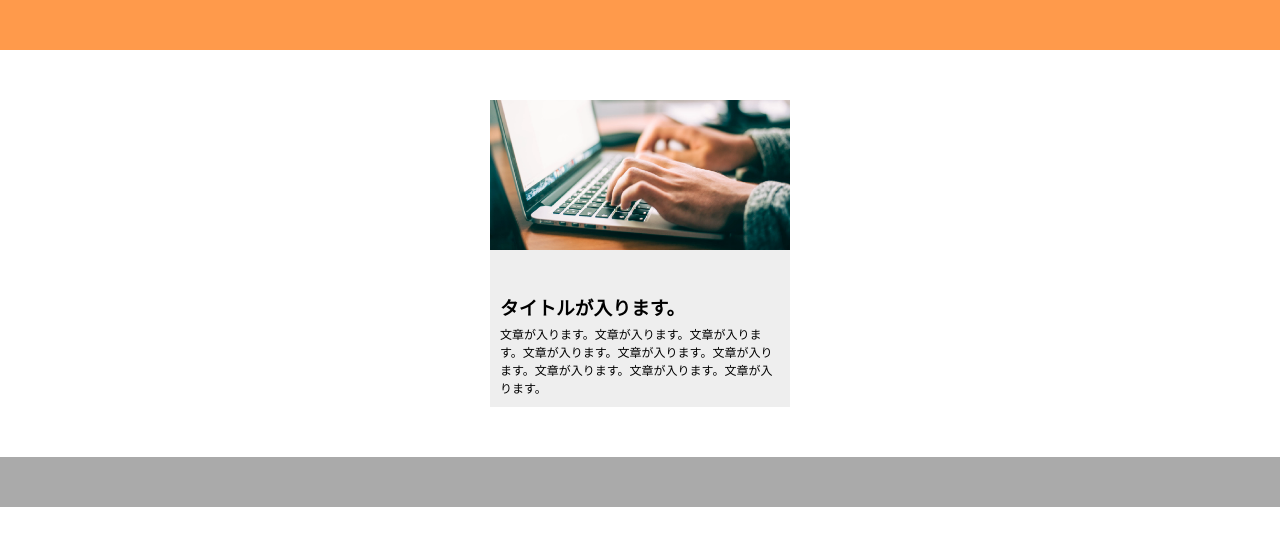
Repository: tkikokiko/webcamp-practice
Page: 1-9/index1-9-2.html
The author's editor kept a record of every edit. The page is drawn from the files as they stood at one moment, then again after the next edit.
The browser window is 1280 px wide. The pictures show the whole page.

Above is the page before.

After the next edit:
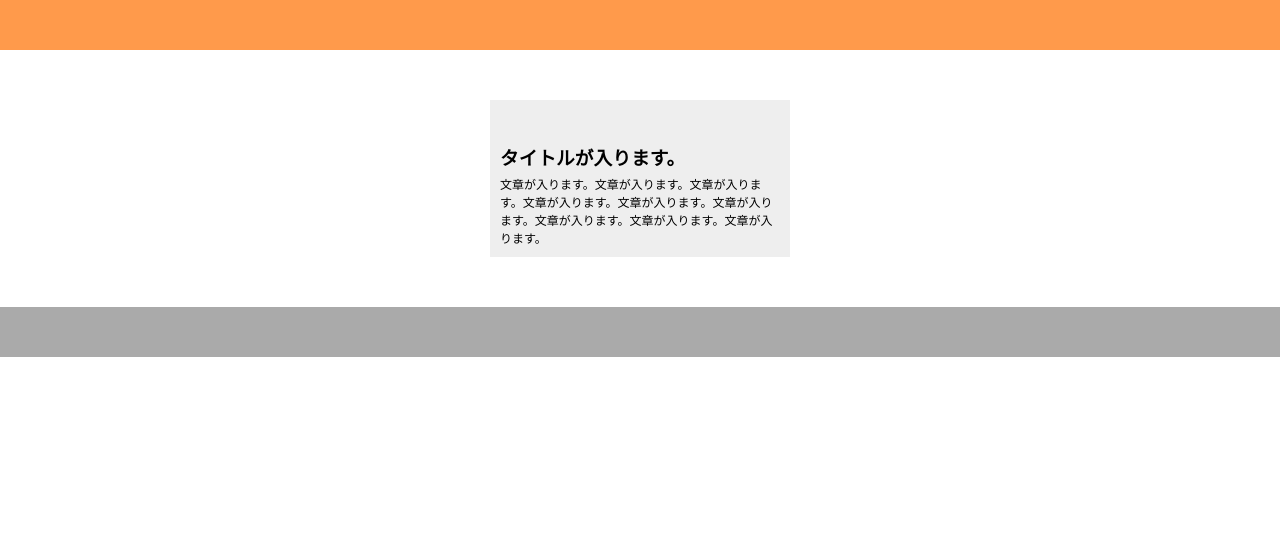
The edit:
--- a/1-9/style1-9-2.css
+++ b/1-9/style1-9-2.css
@@ -56,7 +56,7 @@
   background-position: bottom;
 }
 
-.main-image {
+.main-image3 {
   height: 150px;
   background-image: url(img/flow01.png);
   background-size: cover;
